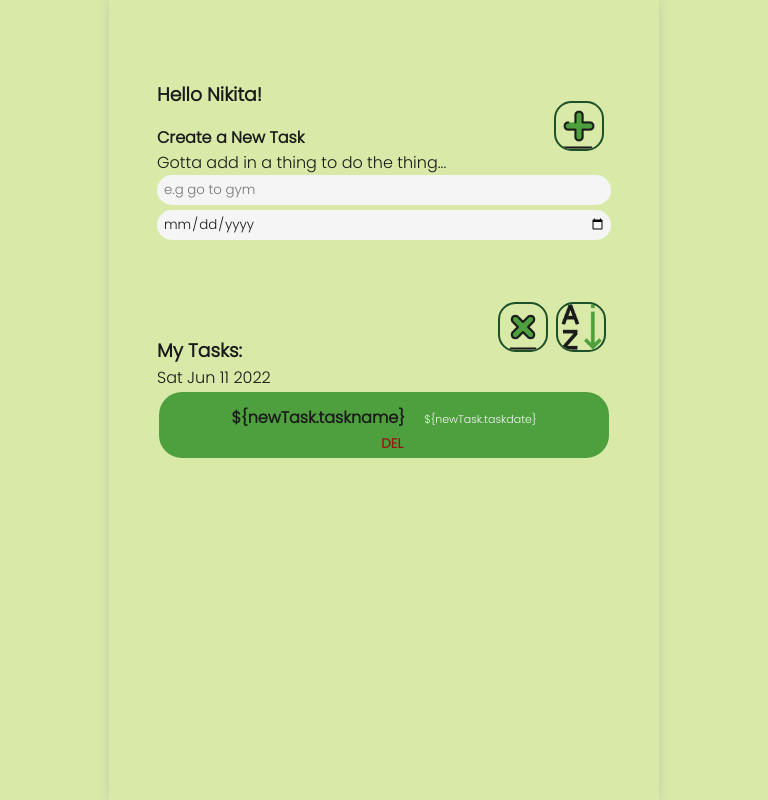
Repository: acidpixie/todo-app-version3
Page: index.html
These files come from the project's save history. The page is drawn as it stood at one moment and after a run of saves; the edit follows.
The browser window is 768 px wide. The pictures show the whole page.

Above is the page before, as saved 2022-06-11 22:52:41.

### index.html
<!DOCTYPE html>
<html lang="en">
<head>
    <meta charset="UTF-8">
    <meta http-equiv="X-UA-Compatible" content="IE=edge">
    <meta name="viewport" content="width=device-width, initial-scale=1.0">
    <title>Todo Application</title>

    <link rel="stylesheet" type="text/css" href="/css/stylesheet.css">
    <script type="text/javascript" src="/js/script.js" defer></script>

    <!--google fonts - poppins-->
    <link rel="preconnect" href="https://fonts.googleapis.com">
    <link rel="preconnect" href="https://fonts.gstatic.com" crossorigin>
    <link href="https://fonts.googleapis.com/css2?family=Poppins:wght@200;300&display=swap" rel="stylesheet">


</head>
<body>

    <section>
        <header class="heading">
        <h3>Hello&nbsp;<div contenteditable="true">Nikita!</div></h3>
        </header>

        <div>
            <h4>Create a New Task</h4>
            <form>
                <label>Gotta add in a thing to do the thing...</label>
                <input type="text" class="user-input" id="input-task" placeholder="e.g go to gym">
                <p id="empty-input" class="empty-input"></p>
                <input type="date" class="user-date" id="input-date">
                <img src="/images/add.png" type="submit" class="add-new-task" id="add-new-task-button"></img>
                </label>
            </form>
       </div>
    </section>

    <section>
        <div id="display-tasks" class="display">
            <h3>My Tasks:</h3>
            <span class="title-date" id="title-date"></span>
            <ul class="task-item" id="task-list">
                <li class="list-item" id="list-item" data-id="${newTask.taskId}">

                    <div class="list-container" id="lists-container">
                        <span class="list-input" id="list-input" contenteditable="true">${newTask.taskname}</span>
                        <span class="list-date-input" id="list-date-input" contenteditable="true">${newTask.taskdate}</span>
                    </div>
                    <div class="list-buttons">
                        <button class="edit-item" id="edit-item"></button>
                        <button class="delete-item" id="delete-item">DEL</button>
                    </div>

                </li>
            </ul>
        </div>
    </section>

    <section class="user-buttons" id="buttons-user">
        <img src="/images/delete.png" class="user-button" id="clear-button"></img>
        <img src="/images/sort-a-z.png" class="user-button" id="sort-button"></img>
    </section>


</body>
</html>

### css/stylesheet.css
/*color pallet
#191A19 - black
#1E5128 - dark green
#4E9F3D - light green
#D8E9A8 - whitish green gray
#f5f5f5 - white smoke
*/



* {
    box-sizing: border-box;
    font-family: "poppins", sans-serif;
    margin: 0;
}

body {
    background-color: #D8E9A8;
    color: #191A19;
    max-width: 550px;
    min-height: 100vh;
    margin: auto;
    box-shadow: 0 1px 10px 0px rgba(176, 173, 173, 0.467);
    position: relative;
}


section {
    padding: 3rem;
}

.heading {
    padding-top: 2rem;
    padding-bottom: 1rem;
}

form {
    display: flex;
    flex-direction: column;
}

input {
    height: 30px;
    border: solid 5px #f5f5f5;
    color: #191A19;
    background-color: #f5f5f5;
    border-radius: 25px;
}

.user-date {
    margin-top: 5px;
}

li {
    display: flex;
    flex-direction: row;
    padding-left: 0;
    padding-top: 10px;
    list-style: none;
}

ul{
    margin: 0;
    padding: 0;
}

li {
    display: flex;
    flex-direction: column;
    justify-content: center;
    height: 70px;
    width: auto;
    background-color: #4E9F3D ;
    border: solid 2px #D8E9A8;
    border-radius: 25px;
    align-items: center;
}

.edit-item {
    font-size: 8px;
    background-color: transparent;
    border: none;
    color: #D8E9A8;
    cursor: pointer;
}

.delete-item {
    background-color: transparent ;
    border: none;
    color: #9a1616;
    font-weight: 600;
    cursor: pointer;
}


.user-buttons {
    display: flex;
    flex-direction: row;
    gap: 8px;
    position: absolute;
    bottom: 40%;
    right: 1%;
}

.user-button {
    display: flex;
    height: 50px;
    width: 50px;
    gap: 10px;
    border: solid 2px #1E5128;
    border-radius: 35%;
    cursor: pointer;

}

.add-new-task {
    height: 50px;
    width: 50px;
    margin-top: 5px;
    position: absolute;
    top: 15%;
    right: 10%;
    background-color: none;
    border: solid 2px #1E5128;
    border-radius: 35%;
    cursor: pointer;

}

.completed-task {
    text-decoration: line-through;
  }

.completed {
    filter: opacity(50%);
  }

.list-date-input {
    font-size: 11px;
    color: #f5f5f5 ;
    padding-left: 15px;

}

.list-input {
    font-weight: 600;
}

h3 {
    display: flex;
}

.empty-input {
    display: flex;
    justify-content: center;
    font-size: 12px;
    color: #9a1616;
}

@media screen and (max-width: 800px) {

    .user-buttons {
        display: flex;
        flex-direction: row;
        gap: 8px;
        position: absolute;
        bottom: 50%;
        right: 1%;
    }


    .add-new-task {
        height: 50px;
        width: 50px;
        margin-top: 5px;
        position: absolute;
        top: 12%;
        right: 10%;
        background-color: none;
        border: solid 2px #1E5128;
        border-radius: 35%;
        cursor: pointer;

    }



  }

### js/script.js
let date = new Date();
let dateHeader = date.toDateString();

const dateToday = document.getElementById('title-date');
dateToday.innerHTML = dateHeader;

const LOCAL_STORAGE_APP_KEY = "todo-app-storage-key";

//input variables
let taskInput = document.getElementById("input-task");
let taskInputDate = document.getElementById("input-date");
const taskInputSubmit = document.getElementById("add-new-task-button");
const emptyInput= document.getElementById("empty-input");

const taskList = document.getElementById("task-list");

const clearTaskList = document.getElementById("clear-button");
const sortTaskList = document.getElementById("sort-button");

let editInputTask = "";
let editInputDate = "";
let editId = "";
let isEdit = false;

let taskArray = [];

class Task {
    constructor(taskid, taskname, taskdate) {
        this._taskid = taskid;
        this._taskname = taskname;
        this._taskdate = taskdate;
    }

    get taskid() {
        return this._taskid;
      }

      set taskid(newTaskId) {
        this._taskid = newTaskId;
      }

      get taskname() {
        return this._taskname;
      }

      set taskname(newTaskName) {
        this._taskname = newTaskName;
      }

      get taskdate() {
        return this._taskdate;
      }

      set taskdate(newTaskDate) {
        this._taskdate = newTaskDate;
      }
    }

    //event listeners

    taskInputSubmit.addEventListener("click", addTask);
    clearTaskList.addEventListener("click", clearTasks);
    sortTaskList.addEventListener("click", sortTasks);

    //function to add in a new task

    function addTask(e) {
        e.preventDefault();

        let userInput = document.getElementById("input-task").value;
        let userInputDate = document.getElementById("input-date").value;

        let newTaskId = new Date().getTime().toString();
        let userInputTask = userInput.charAt(0).toUpperCase() + userInput.slice(1);

        emptyInput.innerHTML= "";

        if (userInputTask !== "" && !isEdit) {
            let newTask = new Task(newTaskId, userInputTask, userInputDate);
            taskArray.push(newTask);

            const listElement = document.createElement("li");
            listElement.classList.add("list-item");
            const attr = document.createAttribute("data-id");
            attr.value = newTaskId;
            listElement.setAttributeNode(attr);

            //template literal to add in list inputs
            listElement.innerHTML = `
            <div class="list-container">
            <span class="list-input" id="list-input" contenteditable="true">${newTask.taskname}</span>
            <span class="list-date-input" id="list-date-input" contenteditable="true">${newTask.taskdate}</span>
            </div>
            <div class="list-buttons">
            <button class="edit-item" id="edit-item"></button>
            <button class="delete-item" id="delete-item">DEL</button>
            </div>
            `;

            //variables and event listeners for buttons in new li element created
            const taskContent = listElement.querySelector(".list-container");
            const deleteButton = listElement.querySelector(".delete-item");
            const editButton = listElement.querySelector(".edit-item");

           deleteButton.addEventListener("click", deleteTask);
           editButton.addEventListener("click", editTask);

            taskList.appendChild(listElement);

            taskContent.addEventListener("dblclick", function(){
                taskContent.classList.toggle("completed-task");
                listElement.classList.toggle("completed");
            });

            saveToLocalStorage();
            setToDefault();

        } else if (userInputTask !== "" && isEdit) {
            editInputTask.innerHTML = userInputTask;
            editInputDate.innerHTML = userInputDate;

            setToDefault();

        } else if (userInputTask === "") {
            emptyInput.innerHTML = "task input cannot be blank";
        } else {
            emptyInput.innerHTML = "";
        }
    }

    // clear tasks

    function clearTasks() {
        const allTasks = document.querySelectorAll(".list-item");

        if (allTasks.length > 0) {
            allTasks.forEach(function (listItem) {
                taskList.removeChild(listItem);
            });

            setToDefault();
            localStorage.removeItem("todo-app-storage-key");
        }
    }

    //sort tasks a-z

    function sortTasks() {
        [...taskList.children]
        .sort((a, b) => (a.innerText > b.innerText ? 1 : -1))
        .forEach((node) => taskList.appendChild(node));
    }

    //delete tasks

    function deleteTask(event) {
        let element = event.currentTarget.parentElement.parentElement;
        const id = element.dataset.id;
        taskList.removeChild(element);

        setToDefault()
    }

    // edit tasks

 //  function editTask(event) {
 //   let element = event.currentTarget.parentElement.parentElement;
 //   const attrE = document.createAttribute("contenteditable");
 //   attrE.value = true;
 //   element.setAttributeNode(attrE);

 //   editId = element.dataset.id;
 //   isEdit = true;


 function editTask(button) {
    let x = document.getElementById("list-input");
    if (x.contentEditable == "true") {
        x.contentEditable = "false"; button.innerHTML = "SAVE";
    } else {x.contentEditable = "true"; button.innerHTML = "EDIT";
}

 }



    function setToDefault() {
        taskInput.value = "";
        taskInputDate.value = "";
        isEdit = false;
        editId = "";
    }

    function saveToLocalStorage() {
        taskArray = JSON.stringify(taskArray);
        localStorage.setItem(LOCAL_STORAGE_APP_KEY, taskArray);
        taskArray = JSON.parse(localStorage.getItem(LOCAL_STORAGE_APP_KEY));
    }

After the next 2 saves:
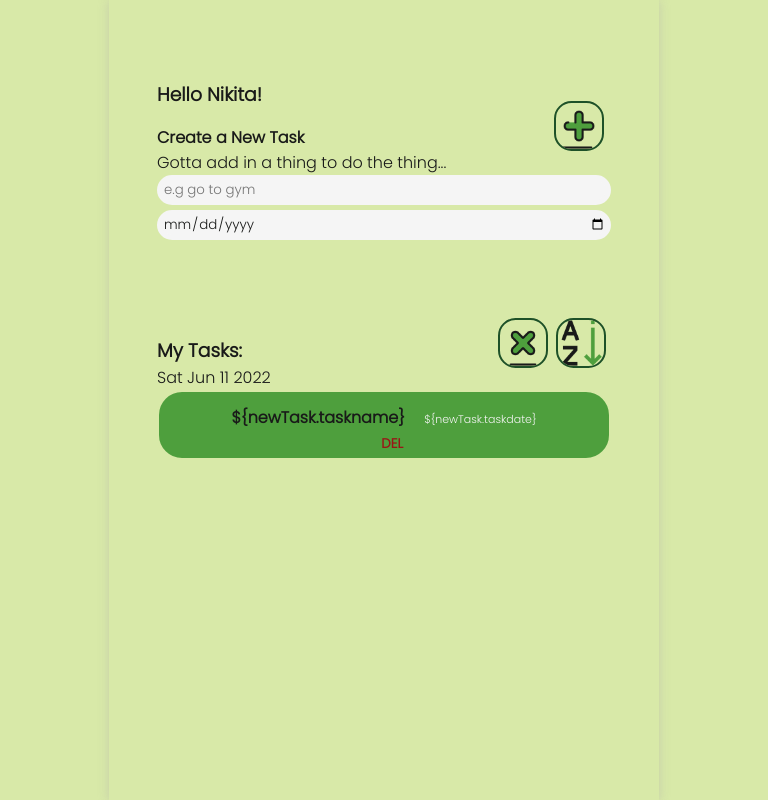
The 2 saves are shown as one change because they came seconds apart.
The last was saved 10 s later.
--- a/css/stylesheet.css
+++ b/css/stylesheet.css
@@ -164,7 +164,7 @@ h3 {
         flex-direction: row;
         gap: 8px;
         position: absolute;
-        bottom: 50%;
+        bottom: 48%;
         right: 1%;
     }
 
